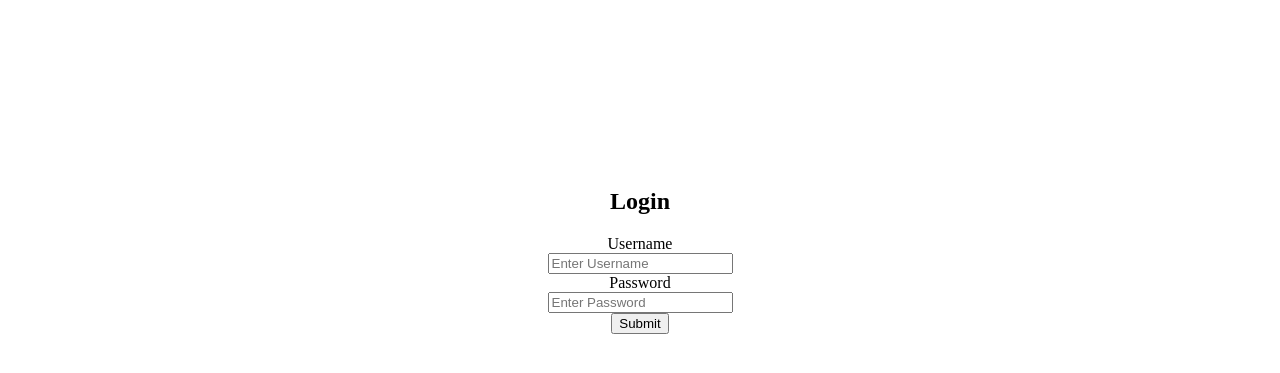
Repository: Shivamkr522/Contact_Us_Page
Page: http://localhost/ContactUs/login.jsp
These files come from the project's save history. The page is drawn as it stood at one moment and after the next save; the edit follows.
The browser window is 1280 px wide. The pictures show the whole page.
The page is served by Tomcat 9. Other server files are loaded and not shown.

Above is the page before, as saved 2022-12-11 13:07:30.

### ContactUs/src/main/webapp/login.jsp
<%@ page language="java" contentType="text/html; charset=UTF-8"
    pageEncoding="UTF-8"%>
 <%@ taglib prefix="c" uri="http://java.sun.com/jsp/jstl/core"%>
<!DOCTYPE html>
<html>
<head>
<meta charset="UTF-8">
<title>Login</title>
<link rel="stylesheet" href="login.css">

</head>
<body>
	<div id="login-box">
		<h2>Login</h2>
		<form action="login" method="post">
			<label for="user-name">Username</label>
			<br>
			<input type="text" name="username" id="user" placeholder="Enter Username">
			<br>
			<label for="password">Password</label>
			<br>
			<input type="password" name="password" id="pass" placeholder="Enter Password">
			<br>
			<button>Submit</button>
		</form>
	</div>
</body>
</html>

### ContactUs/src/main/webapp/login.css
@charset "UTF-8";

h2{
	text-align: center;
}

form{
	text-align: center;
}

#login-box{
	display: flex;
	flex-direction: column;
	padding: 10rem;
}

After the next save:
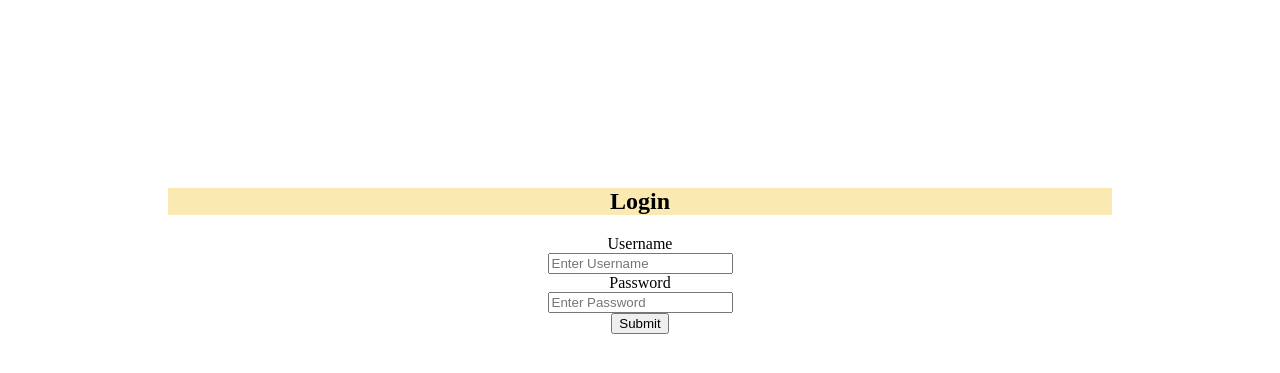
Saved 78 s later.
--- a/ContactUs/src/main/webapp/login.css
+++ b/ContactUs/src/main/webapp/login.css
@@ -2,6 +2,7 @@
 
 h2{
 	text-align: center;
+	background-color: #FAEAB1;
 }
 
 form{
@@ -12,4 +13,5 @@ form{
 	display: flex;
 	flex-direction: column;
 	padding: 10rem;
+
 }
